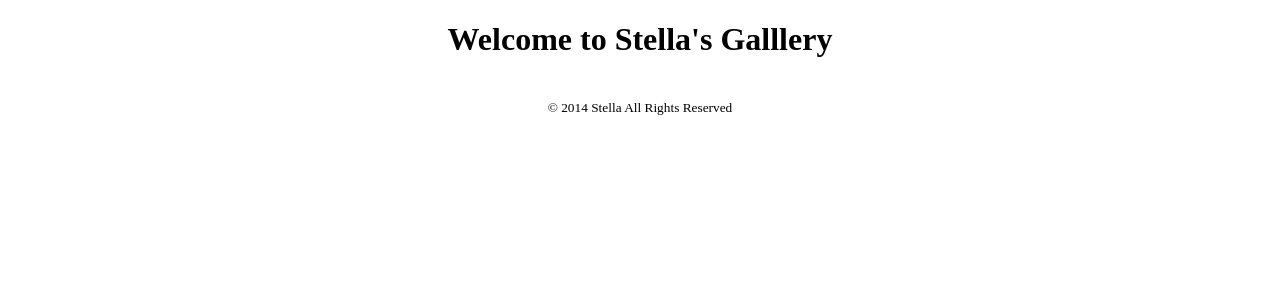
Repository: simj959/simj959.github.io
Page: css_composition/index.html
The author's editor kept a record of every edit. The page is drawn from the files as they stood at one moment, then again after the next edit.
The browser window is 1280 px wide. The pictures show the whole page.

Above is the page before.

### css_composition/index.html

<!DOCTYPE html>
<html>
	<head>
		<title>Stella's Gallery</title>

</head>
	<body>
<center>
<h1>Welcome to Stella's Galllery</h1><br></h1>


<small> &copy; 2014 Stella All Rights Reserved </small>
	</body>
</html>

After the next edit:
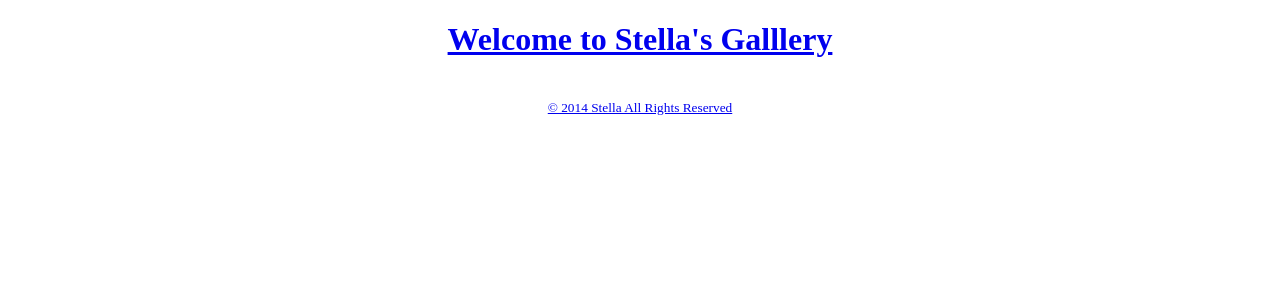
The edit:
--- a/css_composition/index.html
+++ b/css_composition/index.html
@@ -3,7 +3,7 @@
 <html>
 	<head>
 		<title>Stella's Gallery</title>
-
+	<a href="css_composition/pa1.html"
 </head>
 	<body>
 <center>
